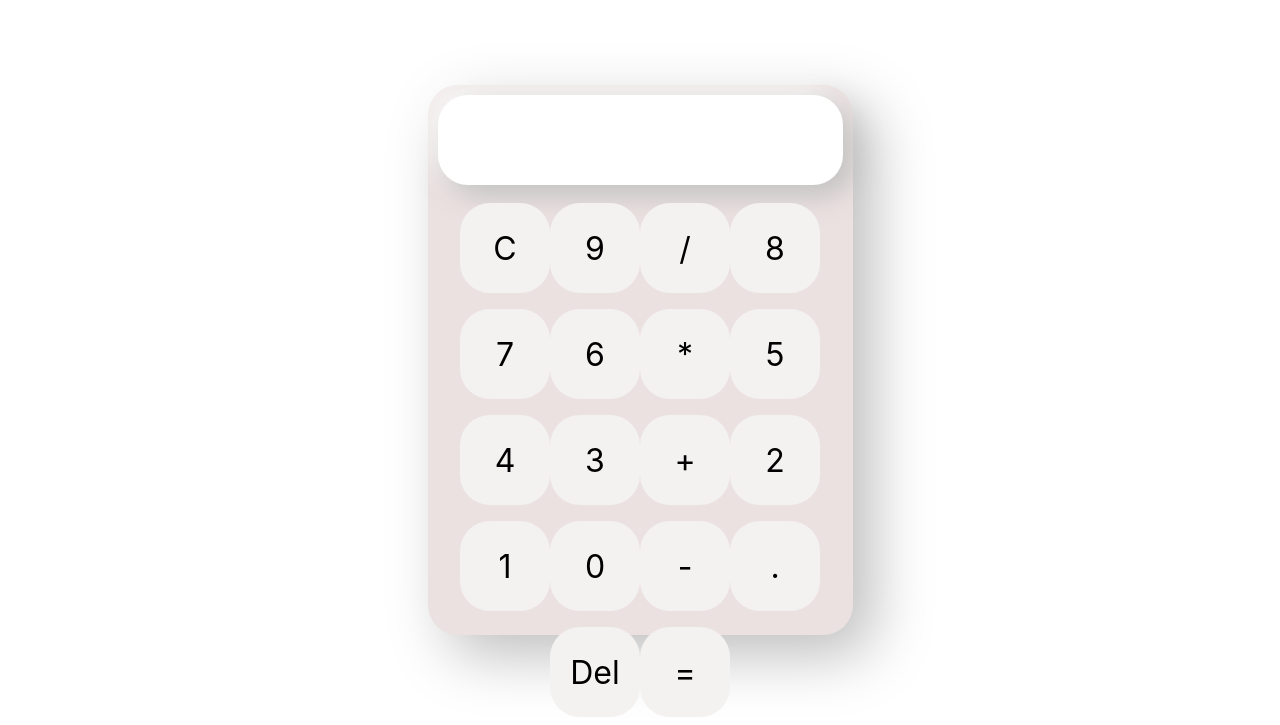
Repository: janidulnkg1/react-prac
Page: / (app in calculator/)
An editor plug-in stored every save of this project. The page is shown before and after the next save, followed by the edit.
The browser window is 1280 px wide. The pictures show the whole page.
The project was rebuilt for these pictures with package versions that can differ from the ones it lists, and the page was loaded fresh each time. Also part of the build but not shown: calculator/src/App.css.

Above is the page before, as saved 2023-09-15 11:06:17.

### calculator/src/App.js
import logo from './logo.svg';
import './App.css';
import Home from './components/Home';

function App() {
  return (
    <>
    <Home/>
    </>
  );
}

export default App;

### calculator/src/components/Home.js
import React from 'react'
import classes from "./Home.module.css"
import Button from './Button'


function Home() {

const buttons = ["C","9","/","8","7","6","*","5","4","3","+","2","1","0","-",".","Del","="]






  return (
    <div className={classes.home}>
      <div className={classes.inner}>
        <div className={classes.result}>
          <div className={classes.resbox}>
            </div>
        </div>
      <div className={classes.btns}>
        {buttons.map((ele,index)=> {return <Button value={ele} key={index}/>})}
      </div>
      </div>
    </div>
  )
}

export default Home

### calculator/src/components/Home.module.css
*{
    padding: 0;
     margin: 0;
     box-sizing: border-box;
}

.home{
    height: 100vh;
    width: 100vw;
    display: flex;
    justify-content: center;
    align-items: center;
}

.inner{
    height: 550px;
    width: 425px;
    border-radius: 30px;
    background-color: #ece1e1;
    box-shadow: 20px 20px 60px #bebebe,
     -20px -20px 60px #ffffff;
}

.result{
    font-size: 2rem;
    width: 405px;
    height: 90px;
    scrollbar-width: none;
    margin: auto;
    margin-top: 10px;
    margin-bottom: 10px;
    border-radius: 30px;
    background: white;
    box-shadow: 10px 10px 30px #bebebe,
    -10px -10px 30px #ffffff;
}

.resbox{
    width: 390px;
    height: min-content;
    overflow-y: auto;
    padding-left: 10px;
    padding-right: 10px;
    text-align: right;
}

.btns{
    height: 530px;
    width: 425px;
    display: flex;
    flex-flow: row wrap;
    justify-content: center;
    align-items:center;
    border-radius:30px;
}

### calculator/src/components/Button.js
import React from 'react'
import classes from "./Button.module.css"

function Button({value}) {
  return (
    <div className={classes.calcBtns}>
        {value}
    </div>
  )
}

export default Button

### calculator/src/components/Button.module.css
.calcBtns{
    height: 90px;
    width: 90px;
    font-size: 2rem;
    display: flex;
    justify-content: center;
    align-items:center;
    border-radius:30px;
    background-color: #f4f1f1;
    user-select: none;
}

Loaded but not shown: calculator/public/index.html (common file); calculator/src/index.js (common file); calculator/src/index.css (common file); calculator/src/reportWebVitals.js (common file)

After the next save:
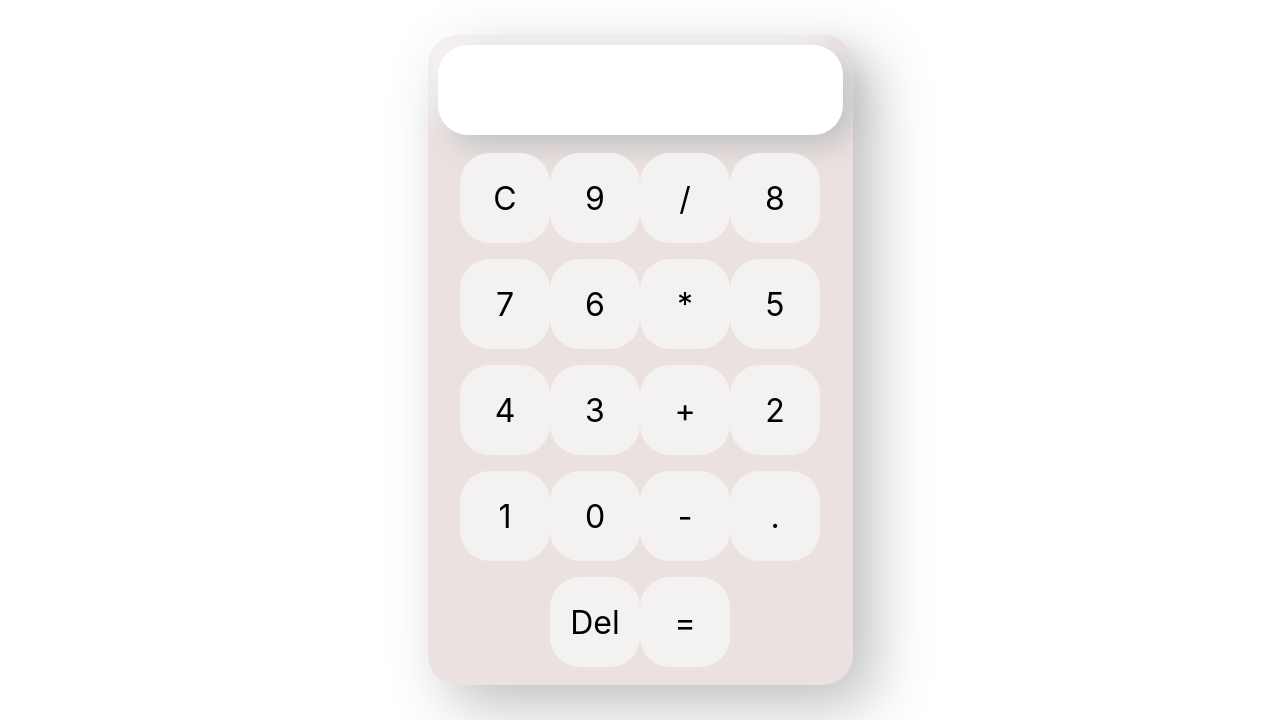
Saved 64 s later.
--- a/calculator/src/components/Home.module.css
+++ b/calculator/src/components/Home.module.css
@@ -13,7 +13,7 @@
 }
 
 .inner{
-    height: 550px;
+    height: 650px;
     width: 425px;
     border-radius: 30px;
     background-color: #ece1e1;
